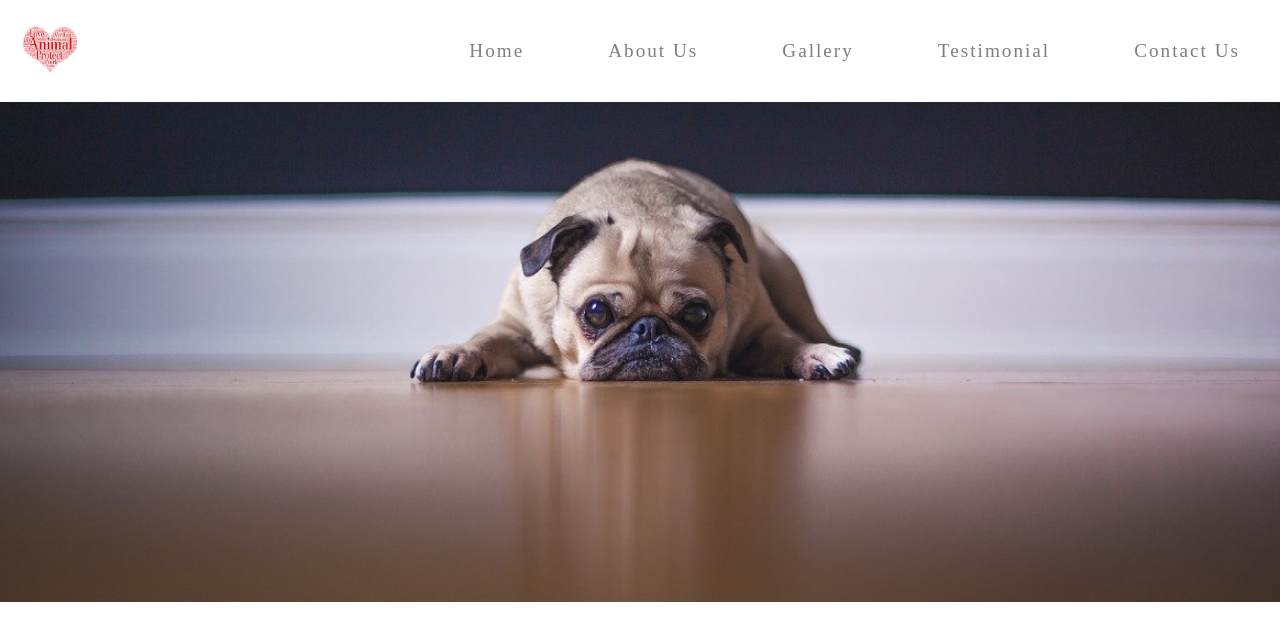
Repository: 4forces/HTML-CSS-LESSON
Page: lesson5-mobile-responsive/mobile.html
The author's editor kept a record of every edit. The page is drawn from the files as they stood at one moment, then again after the next edit.
The browser window is 1280 px wide. The pictures show the whole page.
Some web libraries are served in a nearby version.

Above is the page before.

After the next edit:
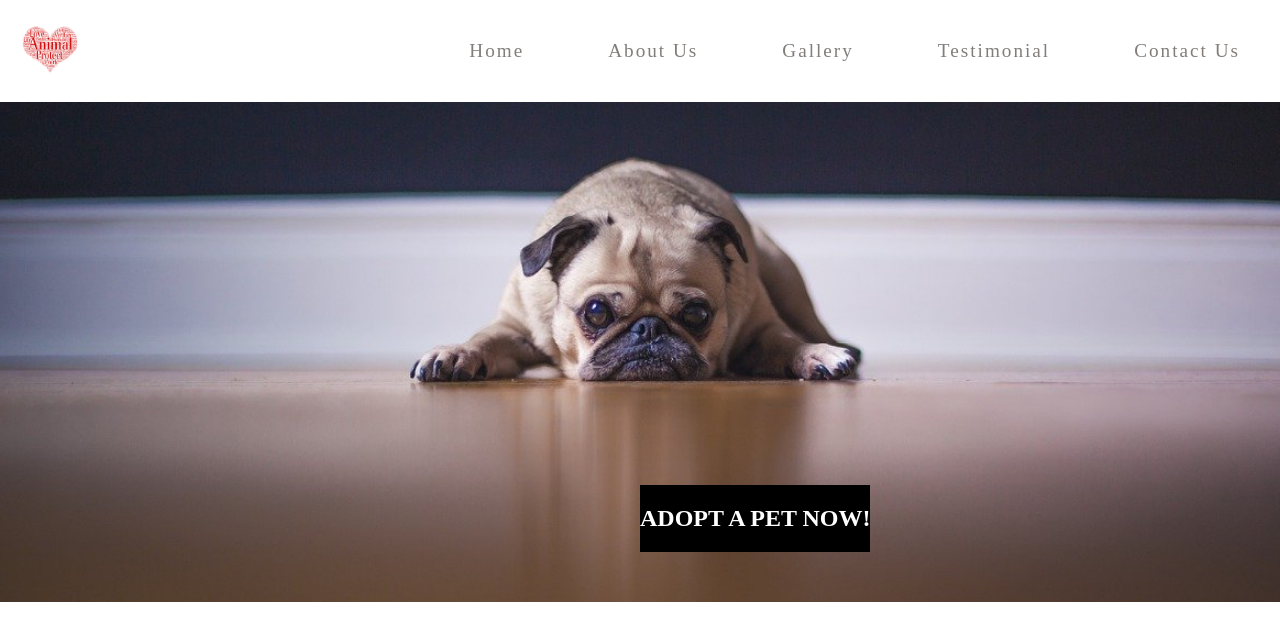
The edit:
--- a/lesson5-mobile-responsive/mobile.html
+++ b/lesson5-mobile-responsive/mobile.html
@@ -29,6 +29,10 @@
     <section id='hero-outer'>
         <div id='hero-image'>
         </div>
+        <div id='callout'>
+            <h1>ADOPT A PET NOW!</h1>
+            <p></p>
+        </div>
     </section>
     <script type="text/javascript" src="https://cdnjs.cloudflare.com/ajax/libs/font-awesome/5.13.1/js/all.min.js"></script>
 </body>
